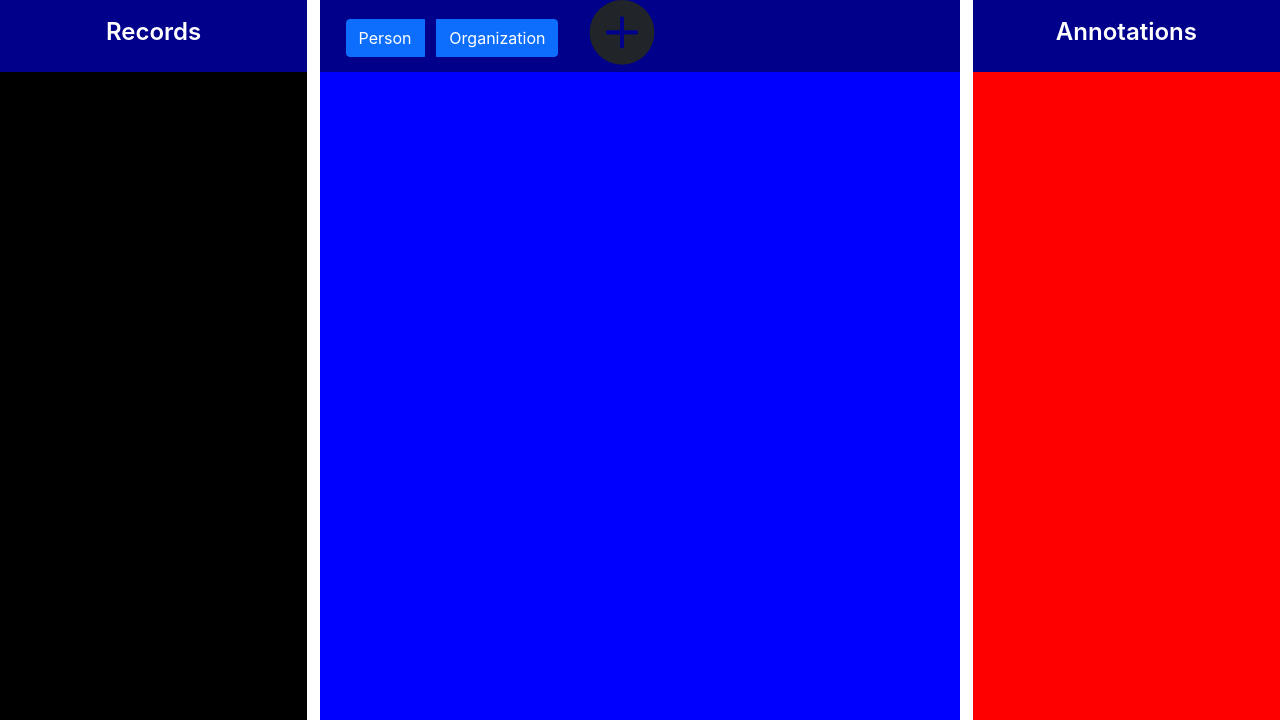
Repository: napan24/classforma_assignment
Page: / (app in client/)
The author's editor kept a copy of each file at every save. The page is drawn from the files as they stood at one save, then again after a run of saves.
The browser window is 1280 px wide. The pictures show the whole page.
The project was rebuilt for these pictures with package versions that can differ from the ones it lists, and the page was loaded fresh each time. Also part of the build but not shown: client/src/App.css.

Above is the page before, as saved 2022-07-19 17:05:32.

### client/public/index.html
<!DOCTYPE html>
<html lang="en">
  <head>
    <meta charset="utf-8" />
    <link rel="icon" href="%PUBLIC_URL%/favicon.ico" />
    <meta name="viewport" content="width=device-width, initial-scale=1" />
    <meta name="theme-color" content="#000000" />
    <meta
      name="description"
      content="Web site created using create-react-app"
    />
    <link href="https://cdn.jsdelivr.net/npm/bootstrap@5.1.3/dist/css/bootstrap.min.css" rel="stylesheet" integrity="sha384-1BmE4kWBq78iYhFldvKuhfTAU6auU8tT94WrHftjDbrCEXSU1oBoqyl2QvZ6jIW3" crossorigin="anonymous">
    <link rel="apple-touch-icon" href="%PUBLIC_URL%/logo192.png" />
    <!--
      manifest.json provides metadata used when your web app is installed on a
      user's mobile device or desktop. See https://developers.google.com/web/fundamentals/web-app-manifest/
    -->
    <link rel="manifest" href="%PUBLIC_URL%/manifest.json" />
    <!--
      Notice the use of %PUBLIC_URL% in the tags above.
      It will be replaced with the URL of the `public` folder during the build.
      Only files inside the `public` folder can be referenced from the HTML.

      Unlike "/favicon.ico" or "favicon.ico", "%PUBLIC_URL%/favicon.ico" will
      work correctly both with client-side routing and a non-root public URL.
      Learn how to configure a non-root public URL by running `npm run build`.
    -->
    <title>React App</title>
  </head>
  <body>
    <noscript>You need to enable JavaScript to run this app.</noscript>
    <div id="root"></div>
    <!--
      This HTML file is a template.
      If you open it directly in the browser, you will see an empty page.

      You can add webfonts, meta tags, or analytics to this file.
      The build step will place the bundled scripts into the <body> tag.

      To begin the development, run `npm start` or `yarn start`.
      To create a production bundle, use `npm run build` or `yarn build`.
    -->
    <script src="https://cdn.jsdelivr.net/npm/bootstrap@5.1.3/dist/js/bootstrap.bundle.min.js" integrity="sha384-ka7Sk0Gln4gmtz2MlQnikT1wXgYsOg+OMhuP+IlRH9sENBO0LRn5q+8nbTov4+1p" crossorigin="anonymous"></script>
  </body>
</html>

### client/src/App.js
import logo from './logo.svg';
import './App.css';
import Home from './Home';

function App() {
  return (
    <>
      <Home></Home>
    </>
  );
}

export default App;

### client/src/Home.js
import React from 'react'

const Home = () => {
    return (
        <>
            <div style={{ display: 'flex', width: "100vw", height: "100vh" }}>
                <div style={{ width: "24vw", height: "100vh", backgroundColor: "black", marginRight: "1vw" }}>
                    <div style={{ width: "24vw", height: "10vh", backgroundColor: "#00008b", textAlign: 'center', fontSize: '150%', color: "white", fontWeight: "600", position: "fixed" }}>
                        <p style={{ marginTop: "2vh" }}>
                            Records
                        </p>
                    </div>
                    <div>

                    </div>
                </div>
                <div style={{ width: "50vw", height: "100vh", backgroundColor: "blue", marginRight: "1vw" }}>
                    <div style={{ width: "50vw", height: "10vh", backgroundColor: "#00008b" }}>
                        <div class="btn-group" style={{ marginTop: "1.5vh", marginLeft: "2vw" }}>
                            <button type="button" class="btn btn-primary" style={{ marginRight: "1vw" }}>Person</button>
                            <button type="button" class="btn btn-primary">Organization</button>
                        </div>
                        <svg style={{width:"20%",height:"90%"}} xmlns="http://www.w3.org/2000/svg" fill="currentColor" class="bi bi-plus-circle-fill" viewBox="0 0 16 16">
                            <path d="M16 8A8 8 0 1 1 0 8a8 8 0 0 1 16 0zM8.5 4.5a.5.5 0 0 0-1 0v3h-3a.5.5 0 0 0 0 1h3v3a.5.5 0 0 0 1 0v-3h3a.5.5 0 0 0 0-1h-3v-3z" />
                        </svg>
                    </div>
                    <div>

                    </div>
                </div>
                <div style={{ width: "24vw", height: "100vh", backgroundColor: "red" }}>
                    <div style={{ width: "24vw", height: "10vh", backgroundColor: "#00008b", textAlign: 'center', fontSize: '150%', color: "white", fontWeight: "600", position: "fixed" }}>
                        <p style={{ marginTop: "2vh" }}>
                            Annotations
                        </p>
                    </div>
                    <div>

                    </div>
                </div>
            </div>
        </>
    )
}

export default Home

Loaded but not shown: client/src/index.js (common file); client/src/index.css (common file); client/src/reportWebVitals.js (common file)

After the next 2 saves:
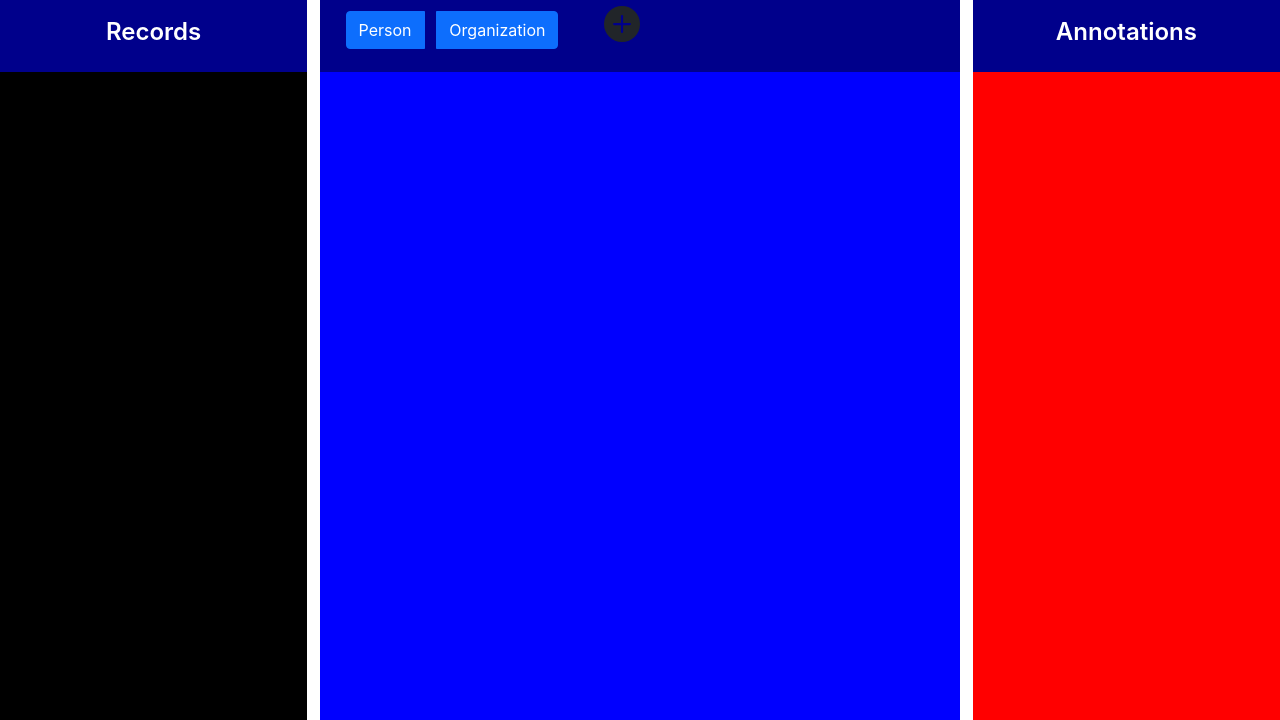
The 2 saves are shown as one change because they came seconds apart.
The last was saved 9 s later.
--- a/client/src/Home.js
+++ b/client/src/Home.js
@@ -20,7 +20,7 @@ const Home = () => {
                             <button type="button" class="btn btn-primary" style={{ marginRight: "1vw" }}>Person</button>
                             <button type="button" class="btn btn-primary">Organization</button>
                         </div>
-                        <svg style={{width:"20%",height:"90%"}} xmlns="http://www.w3.org/2000/svg" fill="currentColor" class="bi bi-plus-circle-fill" viewBox="0 0 16 16">
+                        <svg style={{width:"20%",height:"50%"}} xmlns="http://www.w3.org/2000/svg" fill="currentColor" class="bi bi-plus-circle-fill" viewBox="0 0 16 16">
                             <path d="M16 8A8 8 0 1 1 0 8a8 8 0 0 1 16 0zM8.5 4.5a.5.5 0 0 0-1 0v3h-3a.5.5 0 0 0 0 1h3v3a.5.5 0 0 0 1 0v-3h3a.5.5 0 0 0 0-1h-3v-3z" />
                         </svg>
                     </div>
